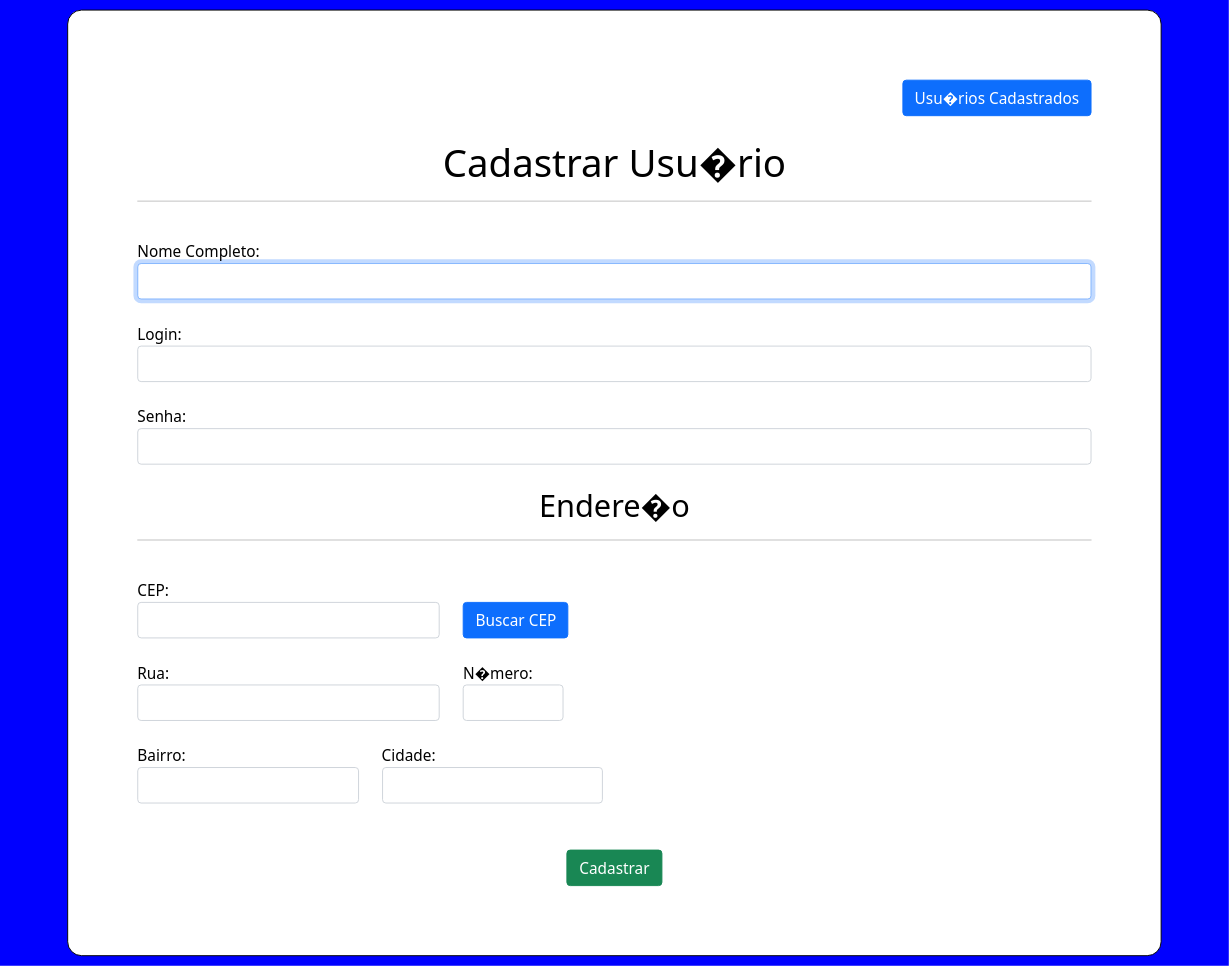
Repository: Magicianred/spring-mvc
Page: http://localhost/index
The author's editor kept a copy of each file at every save. The page is drawn from the files as they stood at one save, then again after the next save.
The browser window is 1280 px wide. The pictures show the whole page, at 96% of full size.
The page is this project's Thymeleaf template; nobody is signed in. The template is opened directly, without the code that normally fills it, so the values that code supplies are empty.

Above is the page before, as saved 2021-01-13 02:48:30.

After the next save:
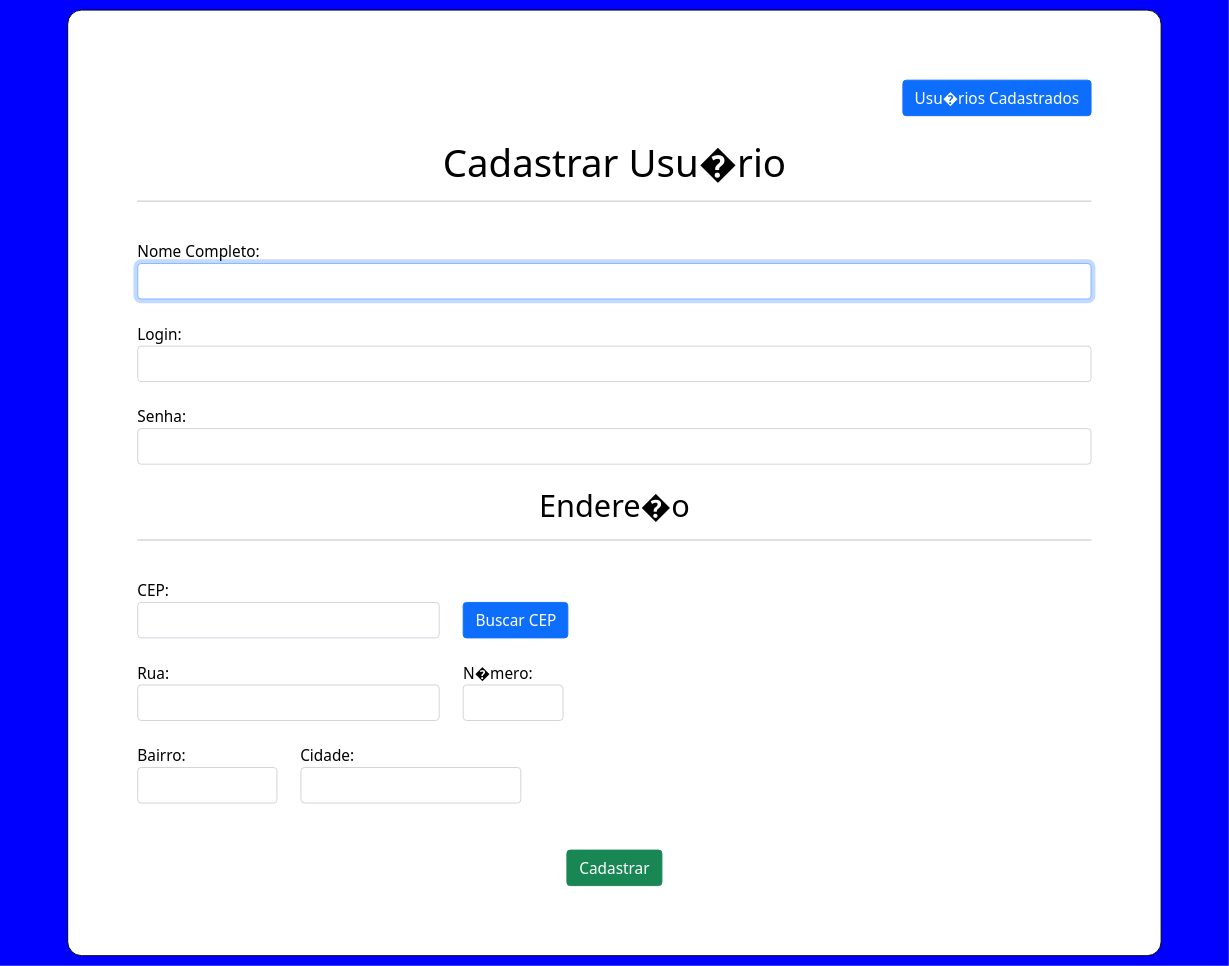
Saved 16 s later.
--- a/springmvc/src/main/resources/templates/index.html
+++ b/springmvc/src/main/resources/templates/index.html
@@ -59,7 +59,7 @@ xmlns:layout="http://www.ultraq.net.nz/thymeleaf/layout">
 		<br />
 
 		<div class="form-group row">
-			<div class="col-md-3">
+			<div class="col-md-2">
 				<label>Bairro:</label> <br />
 				<input class="form-control" type="text" name="bairro" id="bairro" />
 			</div>
